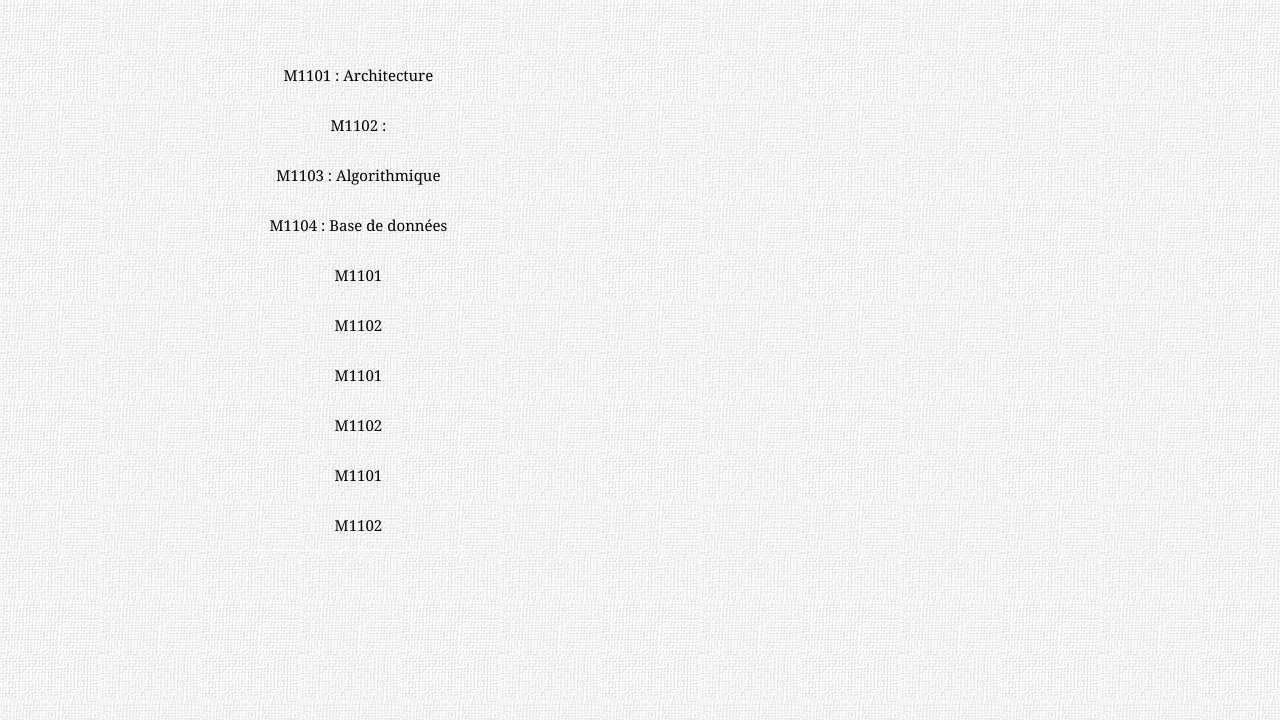
Repository: ValentinArg/PETUT
Page: http://localhost/PETUT/WEB-INF/jsp/eleve/semestre1.jsp
These files come from the project's save history. The page is drawn as it stood at one moment and after the next save; the edit follows.
The browser window is 1280 px wide. The pictures show the whole page.
The page is served by Tomcat 9. Nobody is signed in. The template is opened directly, without the code that normally fills it, so the values that code supplies are empty.

Above is the page before, as saved 2016-10-01 13:56:39.

After the next save:
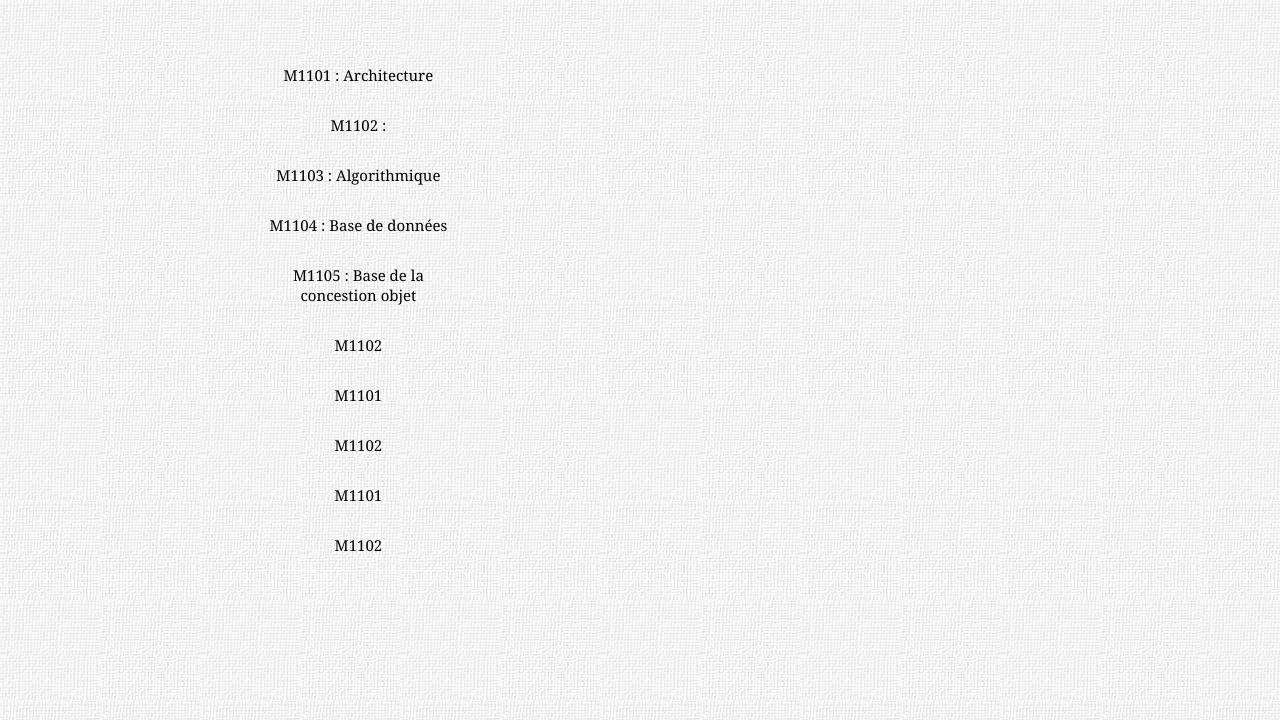
Saved 18 s later.
--- a/PETUT/WebContent/WEB-INF/jsp/eleve/semestre1.jsp
+++ b/PETUT/WebContent/WEB-INF/jsp/eleve/semestre1.jsp
@@ -16,7 +16,7 @@
 				<li class="parent" id="parent2"><p class="module">M1102 : </p></li>
 				<li class="parent" id="parent1"><p class="module">M1103 : Algorithmique</p></li>
 				<li class="parent" id="parent2"><p class="module">M1104 : Base de données</p></li>
-				<li class="parent" id="parent1"><p class="module">M1101</p></li>
+				<li class="parent" id="parent1"><p class="module">M1105 : Base de la concestion objet</p></li>
 				<li class="parent" id="parent2"><p class="module">M1102</p></li>
 				<li class="parent" id="parent1"><p class="module">M1101</p></li>
 				<li class="parent" id="parent2"><p class="module">M1102</p></li>
